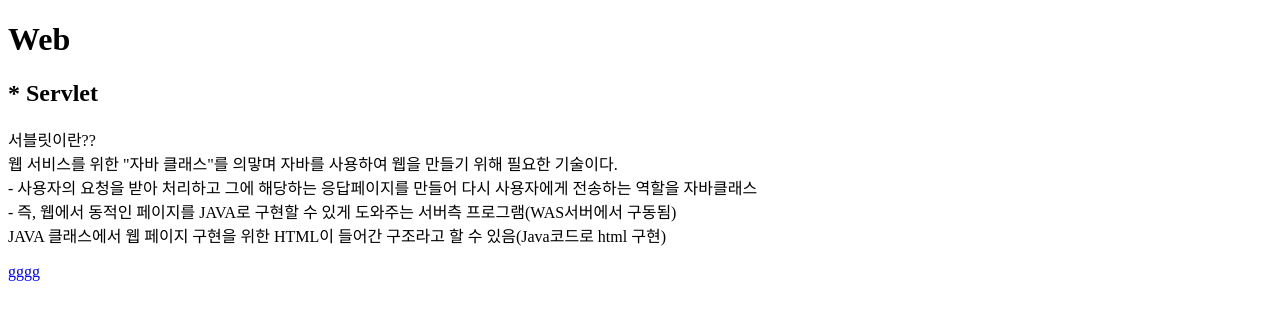
Repository: SSHwan22/web-workspace
Page: 1_Servlet/WebContent/index.html
These files come from the project's save history. The page is drawn as it stood at one moment and after the next save; the edit follows.
The browser window is 1280 px wide. The pictures show the whole page.

Above is the page before, as saved 2023-02-07 06:00:06.

### 1_Servlet/WebContent/index.html
<!DOCTYPE html>
<html>
<head>
<meta charset="UTF-8">
<title>Insert title here</title>
</head>
<body>
	<h1>Web</h1>
	<h2>* Servlet</h2>

	<p>
		서블릿이란??<br>
		웹 서비스를 위한 "자바 클래스"를 의맣며 자바를 사용하여 웹을 만들기 위해 필요한 기술이다. <br>

		- 사용자의 요청을 받아 처리하고 그에 해당하는 응답페이지를 만들어 다시 사용자에게 전송하는 역할을 자바클래스 <br>
		- 즉, 웹에서 동적인 페이지를 JAVA로 구현할 수 있게 도와주는 서버측 프로그램(WAS서버에서 구동됨) <br>
		  JAVA 클래스에서 웹 페이지 구현을 위한 HTML이 들어간 구조라고 할 수 있음(Java코드로 html 구현)
	</p>
	<a href="../">gggg</a>

</body>
</html>

After the next save:
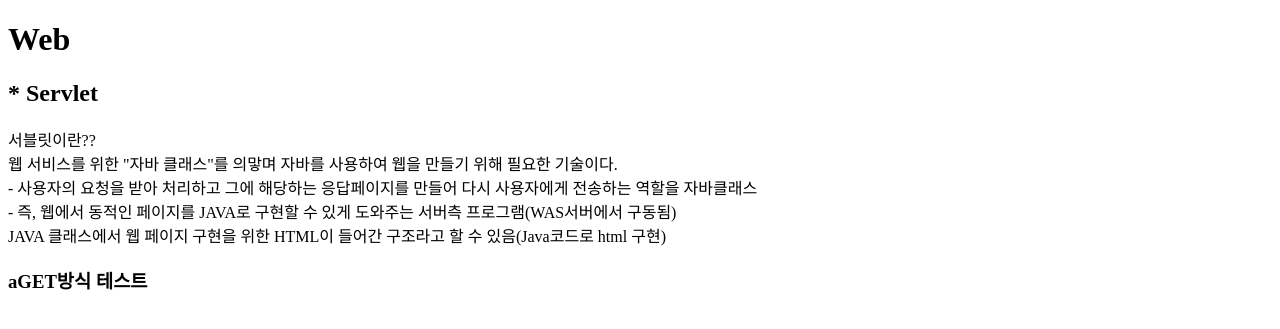
Saved 54 s later.
--- a/1_Servlet/WebContent/index.html
+++ b/1_Servlet/WebContent/index.html
@@ -16,7 +16,7 @@
 		- 즉, 웹에서 동적인 페이지를 JAVA로 구현할 수 있게 도와주는 서버측 프로그램(WAS서버에서 구동됨) <br>
 		  JAVA 클래스에서 웹 페이지 구현을 위한 HTML이 들어간 구조라고 할 수 있음(Java코드로 html 구현)
 	</p>
-	<a href="../">gggg</a>
 
+	<h3>a<a herf="./views/requestTest_GET.html">GET방식 테스트</a></h3>
 </body>
 </html>
